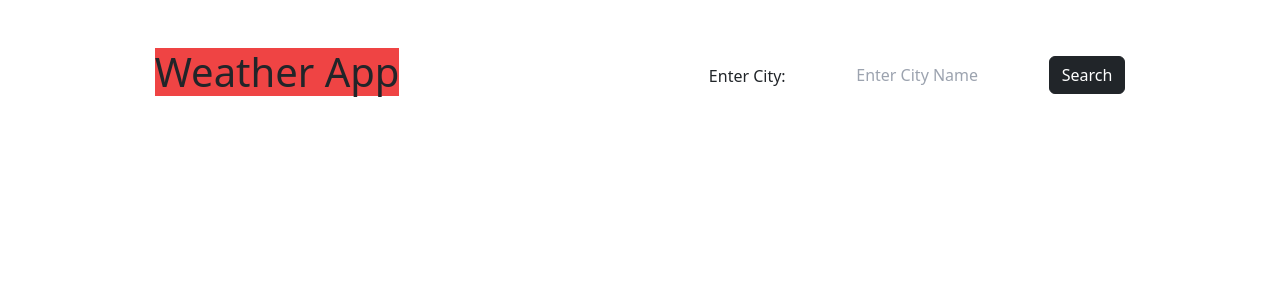
Repository: bhaveshtrades/weatherapp
Page: /
The author's editor kept a copy of each file at every save. The page is drawn from the files as they stood at one save, then again after the next save.
The browser window is 1280 px wide. The pictures show the whole page.
The project was rebuilt for these pictures with package versions that can differ from the ones it lists, and the page was loaded fresh each time. Also part of the build but not shown: src/components/DetailedWeather.jsx, src/components/HourlyForecast.jsx.

Above is the page before, as saved 2023-01-25 00:27:17.

After the next save:
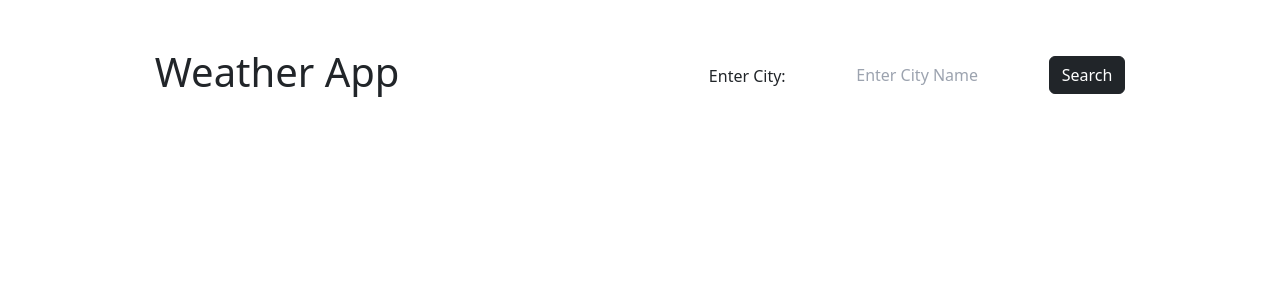
Saved 29 s later.
--- a/src/components/Navbar.jsx
+++ b/src/components/Navbar.jsx
@@ -6,7 +6,7 @@
     <>
     <div className='flex justify-around mt-12'>
     <div>
-    <h1 className='min-[950px]:bg-red-500'>Weather App</h1>
+    <h1 className='max-[950px]:bg-red-500'>Weather App</h1>
     </div>
     <div className='pt-2'>
     <form role="search" onSubmit={resultProp} className='flex gap-x-4'>

After the save that followed:
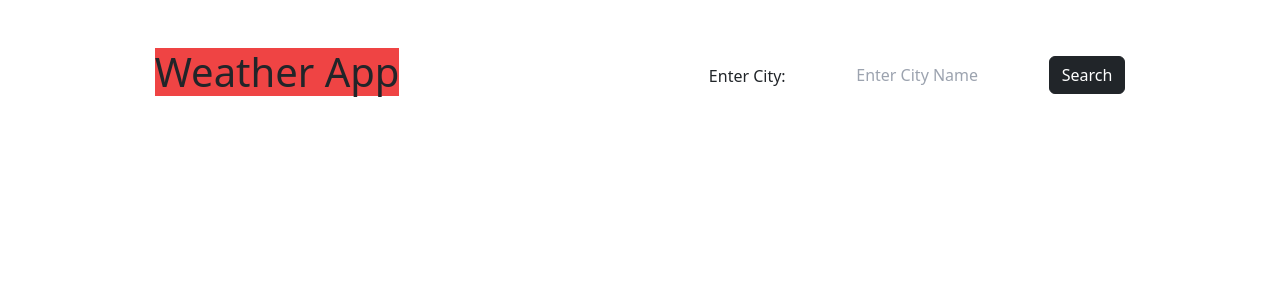
Saved 9 s later.
--- a/src/components/Navbar.jsx
+++ b/src/components/Navbar.jsx
@@ -6,7 +6,7 @@
     <>
     <div className='flex justify-around mt-12'>
     <div>
-    <h1 className='max-[950px]:bg-red-500'>Weather App</h1>
+    <h1 className='max-[950px]: bg-red-500'>Weather App</h1>
     </div>
     <div className='pt-2'>
     <form role="search" onSubmit={resultProp} className='flex gap-x-4'>
